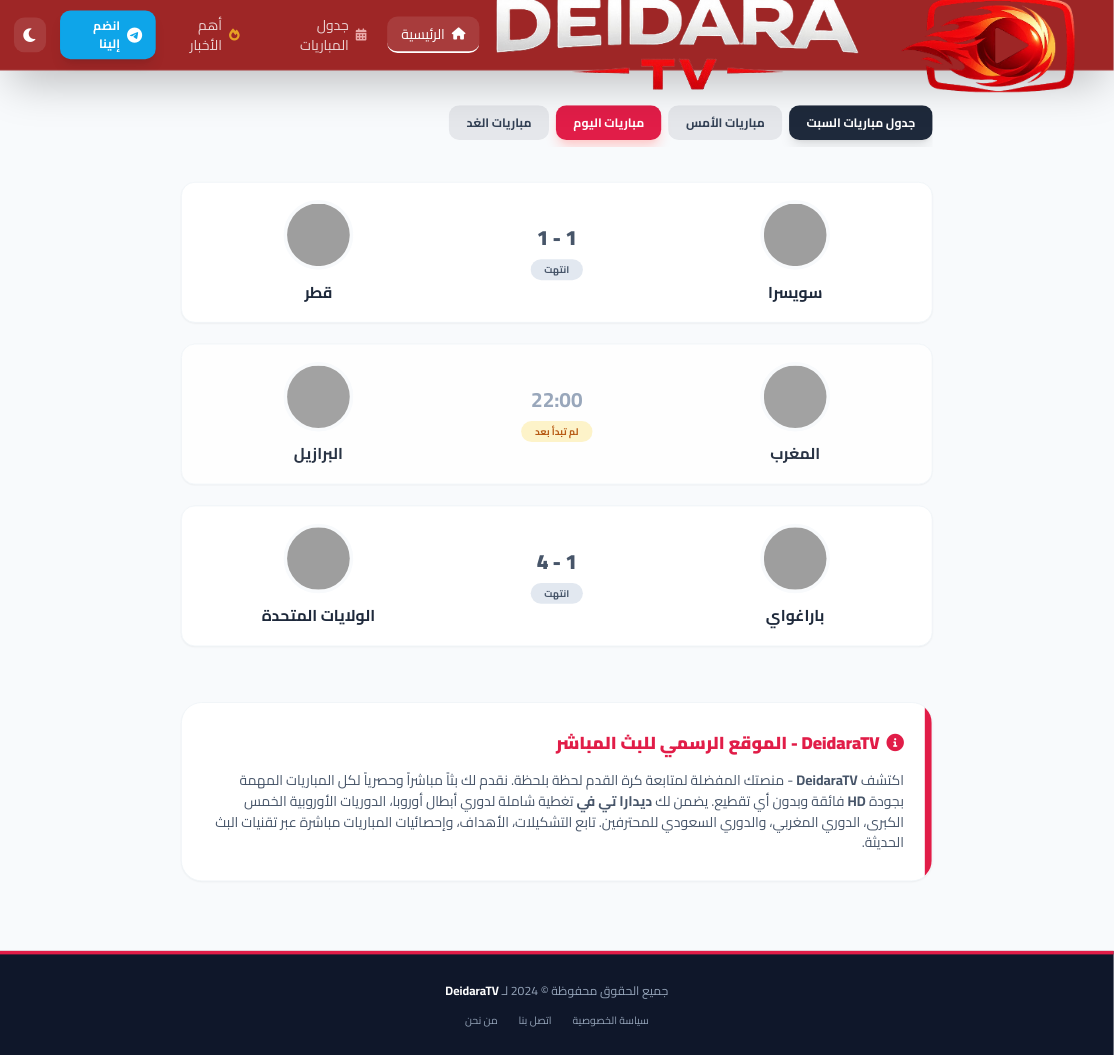
Repository: zakariax05/deidaraTV
Page: index.html
These files come from the project's save history. The page is drawn as it stood at one moment and after the next save; the edit follows.
The browser window is 1280 px wide. The pictures show the whole page, at 87% of full size.
Pictures or frames that could not be fetched are drawn as grey boxes. Some web libraries are served in a nearby version.

Above is the page before, as saved 2026-06-14 03:02:08.

After the next save:
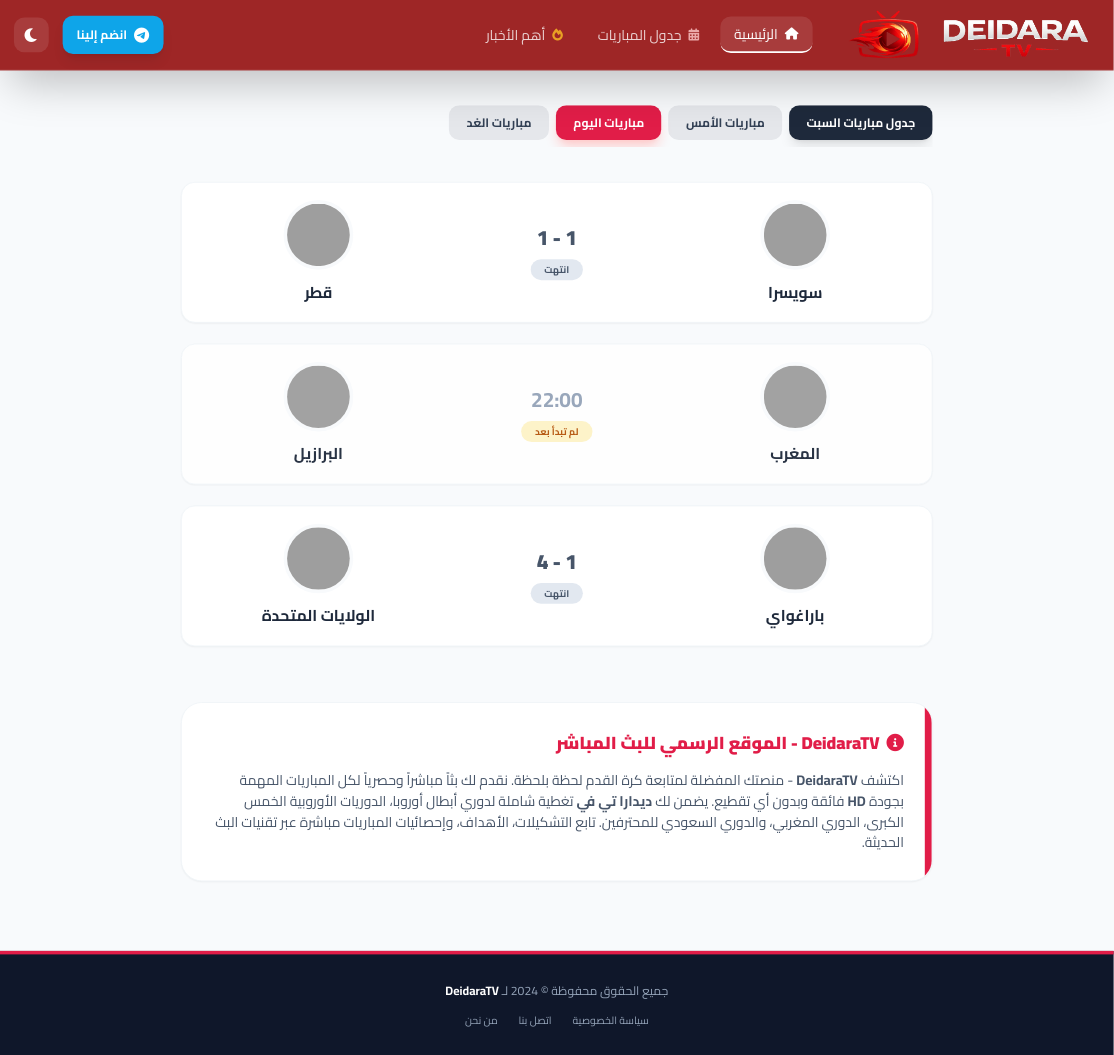
Saved 27 s later.
--- a/index.html
+++ b/index.html
@@ -51,10 +51,11 @@
           <!-- اللوجو مع ميزة إعادة التحميل -->
           <div onclick="window.location.reload()"
             class="flex items-center gap-3 cursor-pointer group select-none transition-transform active:scale-95">
+            <img src="imgs/caption logo.png" alt="DeidaraTV Logo Badge"
+              class="h-16 md:h-[60px] w-auto object-contain transition-all hover:scale-105">
             <img src="imgs/icon.png" alt="DeidaraTV Logo Badge"
-              class="h-16 md:h-[150px] w-auto object-contain transition-all hover:scale-105">
-            <img src="imgs/caption logo.png" alt="DeidaraTV Logo Badge"
-              class="h-16 md:h-[150px] w-auto object-contain transition-all hover:scale-105">
+              class="h-16 md:h-[60px] w-auto object-contain transition-all hover:scale-105">
+
           </div>
 
           <!-- الروابط الأساسية (تظهر في الشاشات الكبيرة) -->
